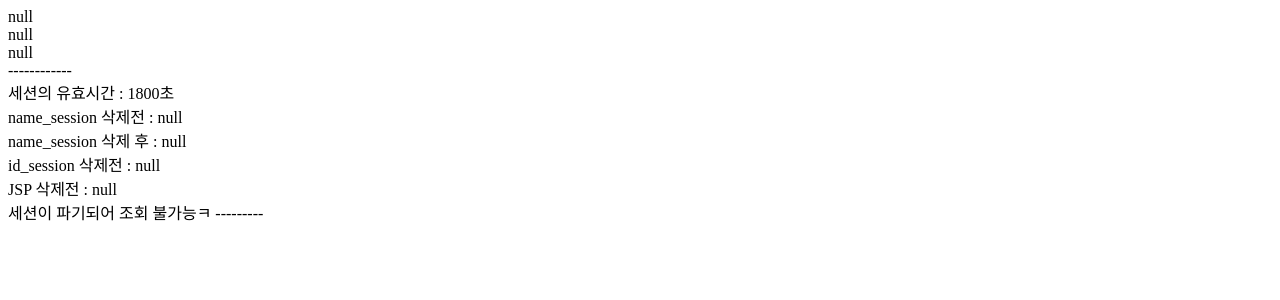
Repository: djdh94/jsp_practice
Page: http://localhost/JSPBasic/jspObject/5.session/session_check.jsp
These files come from the project's save history. The page is drawn as it stood at one moment and after the next save; the edit follows.
The browser window is 1280 px wide. The pictures show the whole page.
The page is served by Tomcat 9. Other server files are loaded and not shown.

Above is the page before, as saved 2022-02-08 01:48:05.

### JSPBasic/src/main/webapp/jspObject/5.session/session_check.jsp
<%@ page language="java" contentType="text/html; charset=UTF-8"
    pageEncoding="UTF-8"%>

    <%
    /*
    - 세션에 저장된 데이터는 브라우저 창이 종료될때까지,혹은 세션의
    유효시간이 만료되기 전까지 웹어플리케이션의 모든 JSP페이지에서 사용가능

    - 세션에 저장된 데이터를 가져오려면 session 객체의 getAttribute() 메서드를
    사용하며, 매개값으로 가져올 데이터의 세션 이름을 적어줍니다.
    */

    String userId = (String)session.getAttribute("id_session");
    out.println(userId+"<br/>");
    // 나머지 세션도 화면에 표시하기
    String userId2 = (String)session.getAttribute("name_session");
    out.println(userId2+"<br/>");

    String userId3 = (String)session.getAttribute("JSP");
    out.println(userId3+"<br/>");
    out.println("------------<br/>");

    // 세션의 유효시간은 아래의 메서드를 사용합니다.
    // 기본 시간은 30분으로 세팅되어 있고(디폴트) 바꾼다면 초단위로 바꿀수있음
    session.setMaxInactiveInterval(1800);
    // getMaxInactiveInterval()로 남은 시간 조회 가능
    int sTime = session.getMaxInactiveInterval();
    out.println("세션의 유효시간 : "+ sTime+"초<br/>");

    // 특정 세션 데이터만 삭제하기
    userId2= (String)session.getAttribute("name_session");
    out.println("name_session 삭제전 : " +userId2+"<br/>");

    //특정한 세션만 삭제시는 removeAttribute("세션이름"); 이용
    // name_session 삭제 후 삭제가 잘 되었는지 화면에 찍어서 확인하기
    session.removeAttribute("name_session");

    userId2=(String)session.getAttribute("name_session");
    out.println("name_session 삭제 후 : " +userId2+"<br/>");

    // 세션 일괄적으로 삭제하기
    userId = (String)session.getAttribute("id_session");
    out.println("id_session 삭제전 : "+userId+"<br/>");

    userId3 = (String)session.getAttribute("JSP");
    out.println("JSP 삭제전 : "+userId3+"<br/>");

    // 세션 전체적으로 다 삭제
    session.invalidate();

    //유효 세션 존재 여부 조회하기
    // request.isRequestedSessionIdValid()
  	if(request.isRequestedSessionIdValid()){
  		out.println("유효한 세션 존재");
  	}else{
  		out.println("세션이 파기되어 조회 불가능ㅋ");
  	}out.println("---------<br/>");

    %>
<!DOCTYPE html>
<html>
<head>
<meta charset="UTF-8">
<title>Insert title here</title>
</head>
<body>

</body>
</html>

After the next save:
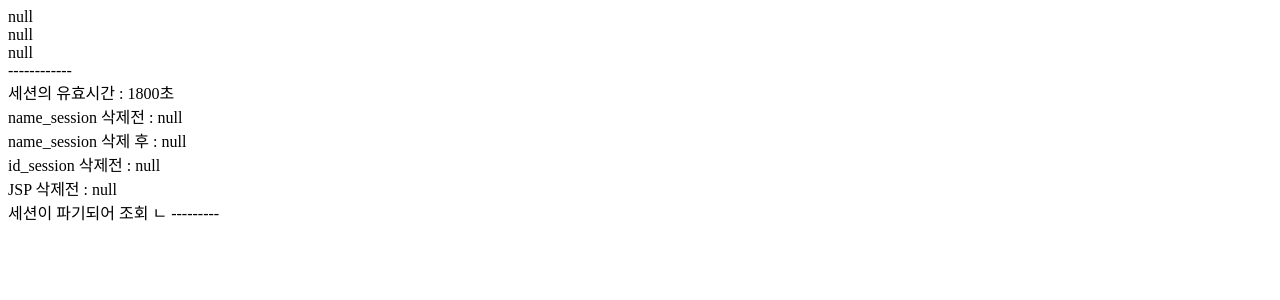
Saved 18 s later.
--- a/JSPBasic/src/main/webapp/jspObject/5.session/session_check.jsp
+++ b/JSPBasic/src/main/webapp/jspObject/5.session/session_check.jsp
@@ -53,7 +53,7 @@
   	if(request.isRequestedSessionIdValid()){
   		out.println("유효한 세션 존재");
   	}else{
-  		out.println("세션이 파기되어 조회 불가능ㅋ");
+  		out.println("세션이 파기되어 조회 ㄴ");
   	}out.println("---------<br/>");
 
     %>
